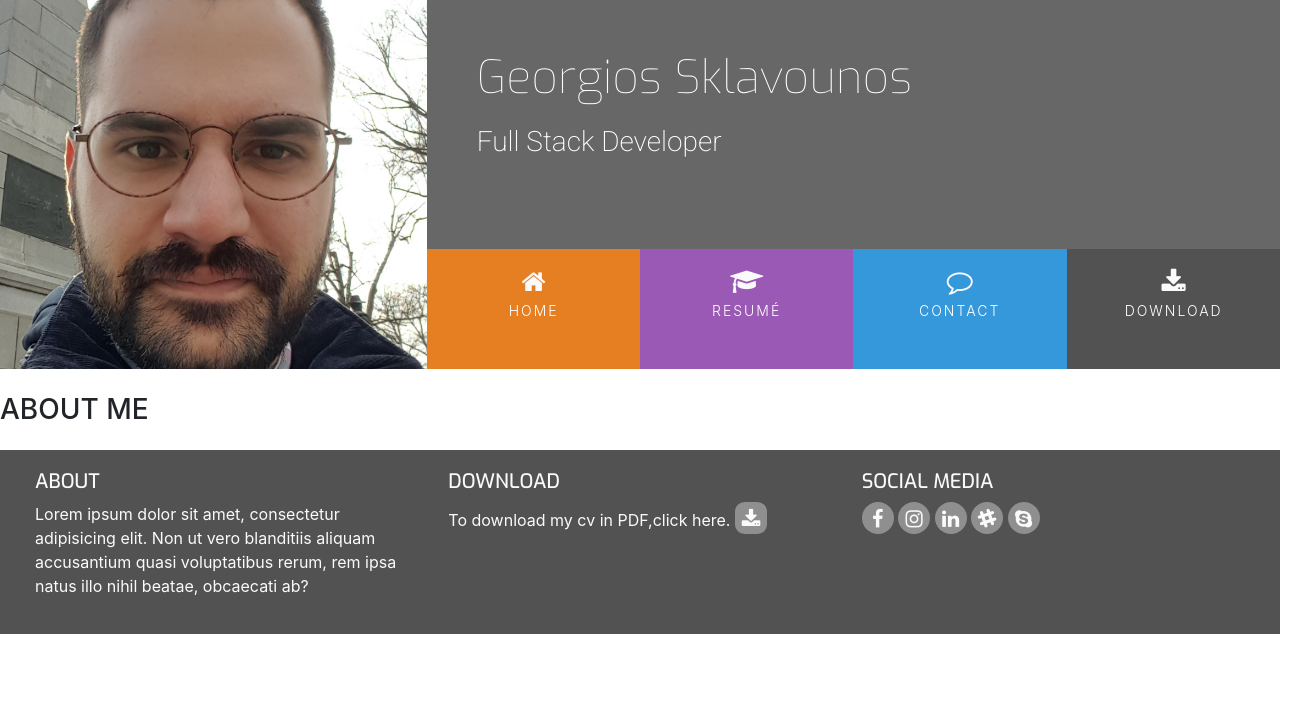
Repository: GeorgiosSklav/MyResume
Page: index.html
The author's editor kept a record of every edit. The page is drawn from the files as they stood at one moment, then again after the next edit.
The browser window is 1280 px wide. The page is 1295 px wide, then 1280 px, so the pictures cover 1295 px, including what lies to the right of the window. The pictures show the whole page.

Above is the page before.

After the next edit:
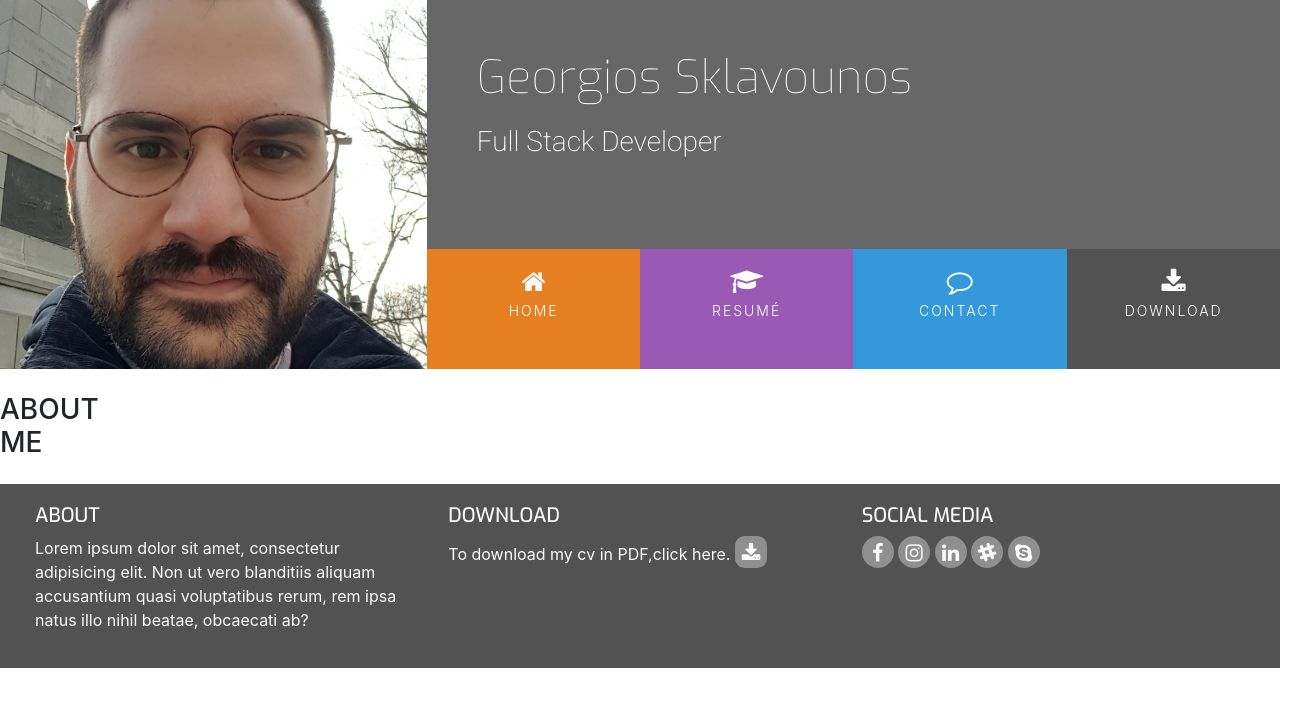
The edit:
--- a/assets/css/style.css
+++ b/assets/css/style.css
@@ -48,6 +48,9 @@
 
 .inline-block {
     display: inline-block;
+}
+.row-table {
+    display: table;
 }
 
 
